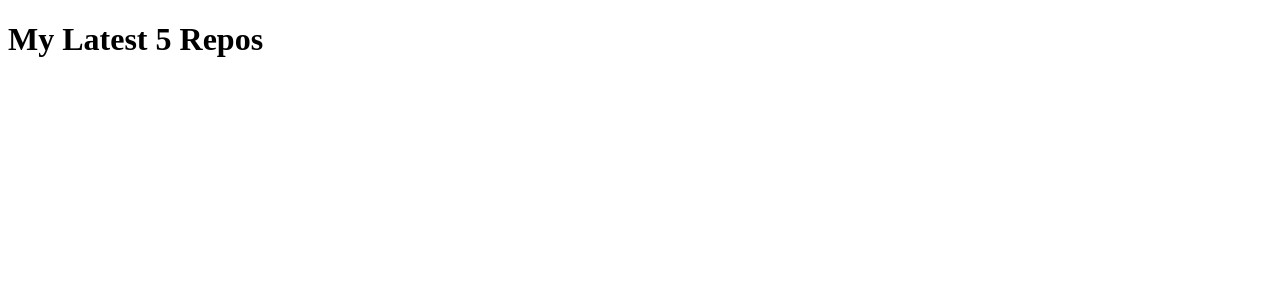
Repository: cod-lab/try
Page: c.html
An editor plug-in stored every save of this project. The page is shown before and after the next save, followed by the edit.
The browser window is 1280 px wide. The pictures show the whole page.
The page's requests for data from a server got no answer.

Above is the page before, as saved 2020-08-13 00:15:28.

After the next save:
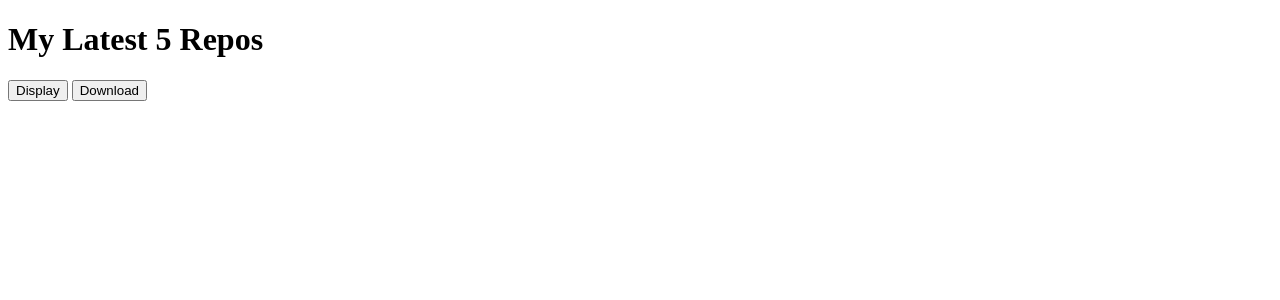
Saved 3 min 23 s later.
--- a/c.html
+++ b/c.html
@@ -30,6 +30,9 @@
     <h1>My Latest 5 Repos</h1>
     <div id='divResult'></div>
 
+    <button type="button" id="btnDisplay">Display</button>
+    <button type="button" id="btnDownload">Download</button>
+
     <script type="text/javascript" src="myscript.js"></script>
 
 
